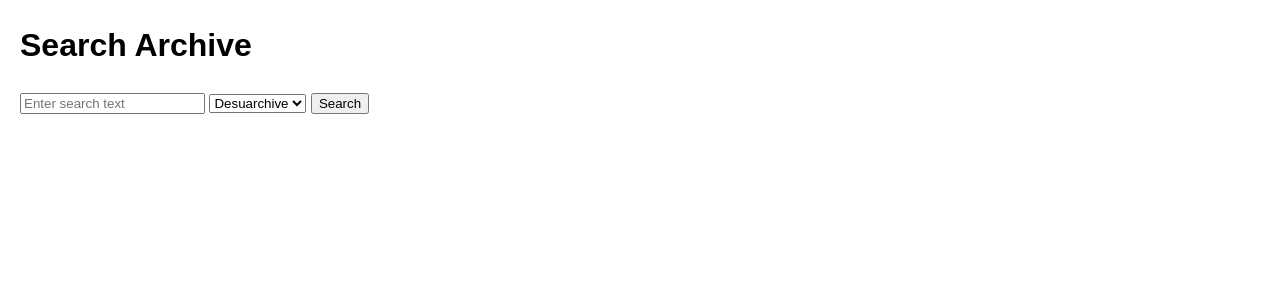
Repository: Halffd/forarchives
Page: index.html
An editor plug-in stored every save of this project. The page is shown before and after the next save, followed by the edit.
The browser window is 1280 px wide. The pictures show the whole page.

Above is the page before, as saved 2024-11-03 06:29:17.

After the next save:
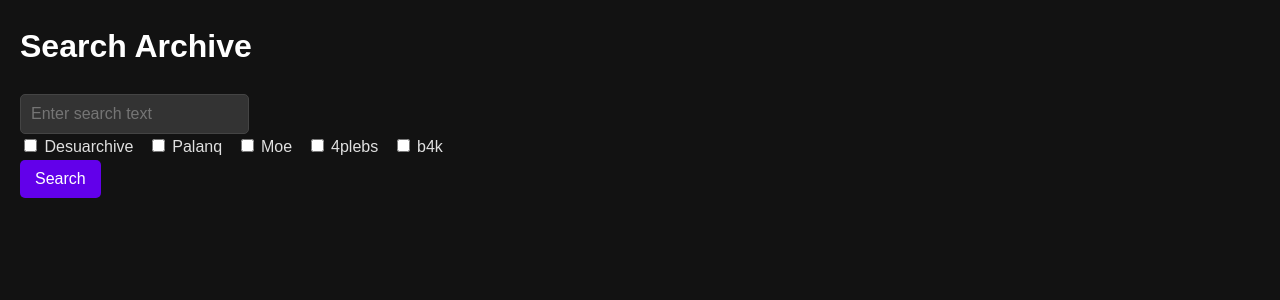
Saved 50 s later.
--- a/index.html
+++ b/index.html
@@ -6,31 +6,71 @@
     <style>
         body {
             font-family: Arial, sans-serif;
+            background-color: #121212;
+            color: #e0e0e0;
             margin: 20px;
-            line-height: 1.5;
+            line-height: 1.6;
+        }
+        h1 {
+            color: #ffffff;
+        }
+        #searchForm {
+            margin-bottom: 20px;
+        }
+        input[type="text"] {
+            padding: 10px;
+            font-size: 1em;
+            background-color: #333333;
+            color: #ffffff;
+            border: 1px solid #444;
+            border-radius: 5px;
+            margin-right: 10px;
+        }
+        button {
+            padding: 10px 15px;
+            font-size: 1em;
+            color: #ffffff;
+            background-color: #6200ea;
+            border: none;
+            border-radius: 5px;
+            cursor: pointer;
+        }
+        button:hover {
+            background-color: #3700b3;
+        }
+        .archive-option {
+            display: inline-block;
+            margin-right: 10px;
         }
         #results {
             margin-top: 20px;
         }
         .result-container {
-            border: 1px solid #ccc;
+            border: 1px solid #333;
             padding: 15px;
             margin-bottom: 15px;
-            background-color: #f9f9f9;
+            background-color: #1e1e1e;
             border-radius: 8px;
         }
         .result-title {
             font-weight: bold;
             font-size: 1.1em;
-            color: #333;
+            color: #bb86fc;
         }
         .result-meta {
-            color: #555;
+            color: #999;
             font-size: 0.9em;
             margin-bottom: 10px;
         }
         .result-comment {
             margin-top: 10px;
+        }
+        .result-media a {
+            color: #03dac6;
+            text-decoration: none;
+        }
+        .result-media a:hover {
+            text-decoration: underline;
         }
     </style>
 </head>
@@ -38,13 +78,23 @@
     <h1>Search Archive</h1>
     <form id="searchForm">
         <input type="text" name="query" placeholder="Enter search text" required>
-        <select name="archive">
-            <option value="0">Desuarchive</option>
-            <option value="1">Palanq</option>
-            <option value="2">Moe</option>
-            <option value="3">4plebs</option>
-            <option value="4">b4k</option>
-        </select>
+        <div>
+            <label class="archive-option">
+                <input type="checkbox" name="archives" value="0"> Desuarchive
+            </label>
+            <label class="archive-option">
+                <input type="checkbox" name="archives" value="1"> Palanq
+            </label>
+            <label class="archive-option">
+                <input type="checkbox" name="archives" value="2"> Moe
+            </label>
+            <label class="archive-option">
+                <input type="checkbox" name="archives" value="3"> 4plebs
+            </label>
+            <label class="archive-option">
+                <input type="checkbox" name="archives" value="4"> b4k
+            </label>
+        </div>
         <button type="submit">Search</button>
     </form>
     <div id="results"></div>
@@ -53,42 +103,9 @@
         document.getElementById('searchForm').addEventListener('submit', async function(e) {
             e.preventDefault();
             const formData = new FormData(this);
-            const response = await fetch('/search', {
-                method: 'POST',
-                body: new URLSearchParams(formData)
-            });
-            const result = await response.json();
-            displayResults(result);
-        });
+            const selectedArchives = formData.getAll("archives");  // Get all selected archives
 
-        function displayResults(data) {
-            const resultsDiv = document.getElementById('results');
-            resultsDiv.innerHTML = '';
-            if (data.error) {
-                resultsDiv.textContent = "Error: " + data.error;
-            } else if (data.results.length > 0) {
-                data.results.forEach(post => {
-                    const postDiv = document.createElement('div');
-                    postDiv.classList.add('result-container');
-
-                    postDiv.innerHTML = `
-                        <div class="result-title">Post ID: ${post.num}</div>
-                        <div class="result-meta">
-                            <span><strong>Thread Number:</strong> ${post.thread_num}</span> |
-                            <span><strong>Timestamp:</strong> ${new Date(post.timestamp * 1000).toLocaleString()}</span>
-                        </div>
-                        <div class="result-comment"><strong>Comment:</strong> ${post.comment || "No Comment"}</div>
-                        <div class="result-media">
-                            ${post.media ? `<strong>Media:</strong> <a href="${post.media}" download>Download</a>` : ""}
-                        </div>
-                    `;
-
-                    resultsDiv.appendChild(postDiv);
-                });
-            } else {
-                resultsDiv.textContent = "No results found.";
+            if (selectedArchives.length === 0) {
+                alert("Please select at least one archive.");
+                return;
             }
-        }
-    </script>
-</body>
-</html>
